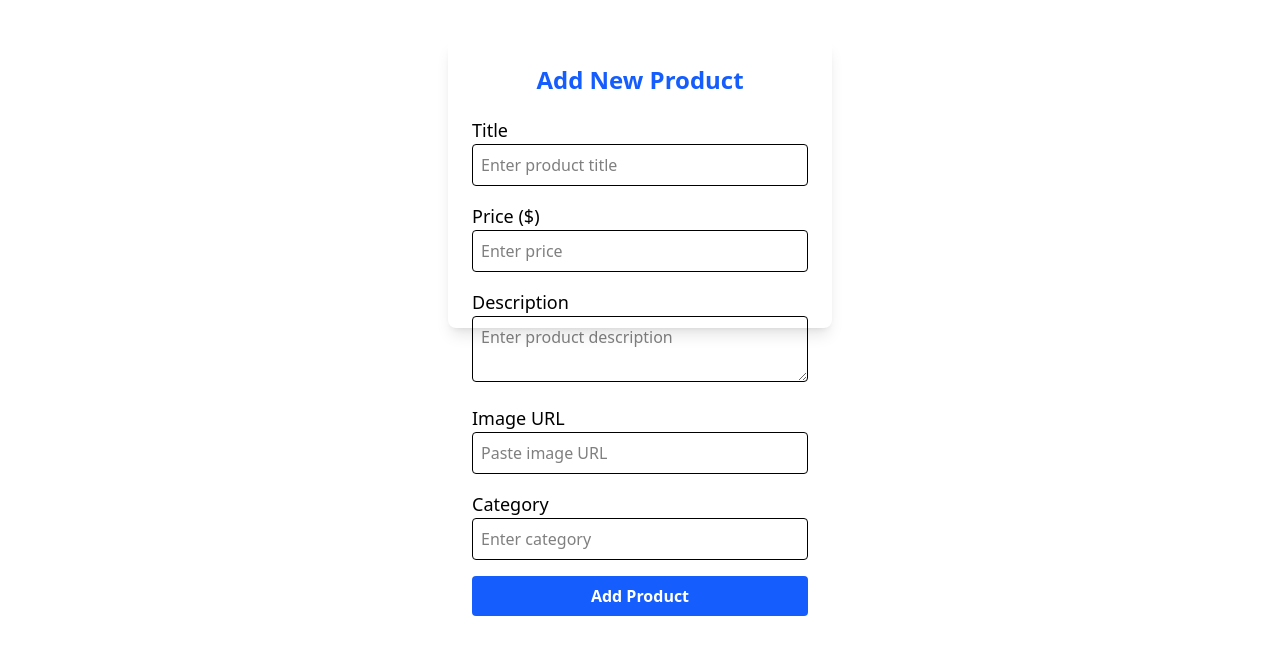
Repository: Habeebur1493/React-App
Page: /add-products
The author's editor kept a copy of each file at every save. The page is drawn from the files as they stood at one save, then again after the next save.
The browser window is 1280 px wide. The pictures show the whole page.
The page's requests for data from a server got no answer. The project was rebuilt for these pictures with package versions that can differ from the ones it lists, and the page was loaded fresh each time. No one was signed in, and anything a server would have sent is missing. Also part of the build but not shown: vite.config.js, src/Components/Login.jsx, src/Components/Nav.jsx, src/Components/Loading.jsx, src/Components/Home.jsx, src/Components/Details.jsx, src/Components/About.jsx, src/Components/Services.jsx and 2 more.

Above is the page before, as saved 2025-02-01 15:20:11.

### index.html
<!doctype html>
<html lang="en">
  <head>
    <meta charset="UTF-8" />
    <meta name="viewport" content="width=device-width, initial-scale=1.0" />
    <title>Project</title>
  </head>
  <body>
    <div id="root"></div>
    <script type="module" src="/src/main.jsx"></script>
  </body>
</html>

### src/main.jsx
import React from "react";
import { createRoot } from "react-dom/client";
import App from "./App.jsx";
import { BrowserRouter } from "react-router-dom";
import Context from "./Components/utils/Context.jsx";
import { ToastContainer } from "react-toastify";

createRoot(document.getElementById("root")).render(
  <Context>
    <BrowserRouter>
      <App />
      <ToastContainer />
    </BrowserRouter>
    </Context>

);

### src/App.jsx
import React, { useState } from "react";
import "./App.css";
import { Route, Routes } from "react-router-dom";
import Login from "./Components/Login.jsx";
import Home from "./Components/Home.jsx";
import Details from "./Components/Details.jsx";
import About from "./Components/About.jsx";
import Services from "./Components/Services.jsx";
import Contact from "./Components/Contact.jsx";
import Addproducts from "./Components/Addproducts.jsx";
import ShowProducts from "./Components/ShowProducts.jsx";

const App = () => {
  const [selectedProduct, setSelectedProduct] = useState(null);

  return (
    <div className='h-screen w-screen flex'>
      <Routes>
        <Route path='/' element={<Login />} />
        <Route path='/Home' element={<Home />} />
        <Route path='/add-products' element={<Addproducts />} />
        <Route path='/details/:id' element={<Details />} />
        <Route path='/About' element={<About />} />
        <Route path='/Services' element={<Services />} />
        <Route path='/Contact' element={<Contact />} />
        <Route
          path='/show-products'
          element={
            <ShowProducts
              setSelectedProduct={setSelectedProduct}
              selectedProduct={selectedProduct}
            />
          }
        />
      </Routes>
    </div>
  );
};

export default App;

### src/Components/utils/Context.jsx
import React, { createContext, useEffect, useState } from "react";
import axios from "axios";

export const ProductContext = createContext();

const Context = ({children}) => {
  const [products, setproducts] = useState([]);

  const getproducts = async () => {
    try {
      const { data } = await axios.get("https://fakestoreapi.com/products");
      setproducts(data);
    } catch (error) {
      console.log( "Error Fetching products"  ,error);
    }
  };

  useEffect(() => {
    getproducts();
  }, []);

  return (
    <ProductContext.Provider value={{products, setproducts}}>
      {children}
    </ProductContext.Provider>
  );
};

export default Context;

### src/Components/Addproducts.jsx
import React, { useState, useEffect } from "react";
import { useNavigate } from "react-router-dom";
import { toast } from "react-toastify";

const AddProduct = ({ selectedProduct, setSelectedProduct }) => {
  const [formData, setFormData] = useState({
    title: "",
    price: "",
    description: "",
    image: "",
    category: "",
  });

  const navigate = useNavigate();

  // ✅ Agar koi product update ho raha ho toh uski details form me load ho
  useEffect(() => {
    if (selectedProduct) {
      setFormData(selectedProduct);
    }
  }, [selectedProduct]);

  const handleChange = (e) => {
    setFormData({ ...formData, [e.target.name]: e.target.value });
  };

  const handleSubmit = (e) => {
    e.preventDefault();
    let products = JSON.parse(localStorage.getItem("products")) || [];

    if (selectedProduct) {
      // ✅ Update existing product
      products = products.map((p) =>
        p.title === selectedProduct.title ? formData : p
      );
    } else {
      // ✅ Add new product
      products.push(formData);
    }

    localStorage.setItem("products", JSON.stringify(products));
    setFormData({
      title: "",
      price: "",
      description: "",
      image: "",
      category: "",
    });
    toast.success("Product added successfully!");
    navigate("/show-products");
    setSelectedProduct(null);
  };

  return (
    <div className='w-[30%] h-[40%] mx-auto bg-white p-6 rounded-lg shadow-lg mt-10'>
      <h2 className='text-2xl font-bold mb-5 text-center text-blue-600'>
        {selectedProduct ? "Update Product" : "Add New Product"}
      </h2>

      <form onSubmit={handleSubmit} className='space-y-4'>
        <div>
          <label className='block text-lg font-medium'>Title</label>
          <input
            type='text'
            name='title'
            value={formData.title}
            onChange={handleChange}
            required
            placeholder='Enter product title'
            className='w-full p-2 border rounded focus:ring-2 focus:ring-blue-500'
          />
        </div>

        <div>
          <label className='block text-lg font-medium'>Price ($)</label>
          <input
            type='number'
            name='price'
            value={formData.price}
            onChange={handleChange}
            required
            placeholder='Enter price'
            className='w-full p-2 border rounded focus:ring-2 focus:ring-blue-500'
          />
        </div>

        <div>
          <label className='block text-lg font-medium'>Description</label>
          <textarea
            name='description'
            value={formData.description}
            onChange={handleChange}
            required
            placeholder='Enter product description'
            className='w-full p-2 border rounded focus:ring-2 focus:ring-blue-500'
          />
        </div>

        <div>
          <label className='block text-lg font-medium'>Image URL</label>
          <input
            type='url'
            name='image'
            value={formData.image}
            onChange={handleChange}
            required
            placeholder='Paste image URL'
            className='w-full p-2 border rounded focus:ring-2 focus:ring-blue-500'
          />
        </div>

        <div>
          <label className='block text-lg font-medium'>Category</label>
          <input
            type='text'
            name='category'
            value={formData.category}
            onChange={handleChange}
            required
            placeholder='Enter category'
            className='w-full p-2 border rounded focus:ring-2 focus:ring-blue-500'
          />
        </div>

        <button
          type='submit'
          className='w-full bg-blue-600 hover:bg-blue-700 text-white font-bold py-2 rounded transition'
        >
          {selectedProduct ? "Update Product" : "Add Product"}
        </button>
      </form>
    </div>
  );
};

export default AddProduct;

Loaded but not shown: src/App.css (common file)

After the next save:
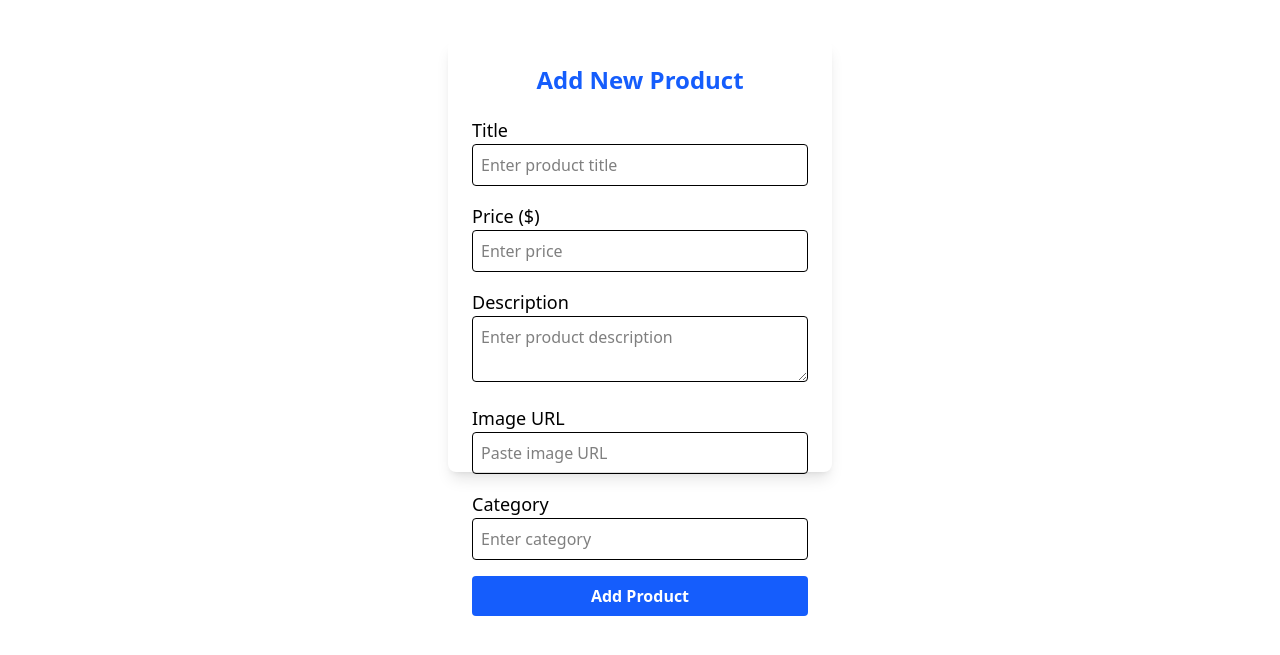
Saved 4 s later.
--- a/src/Components/Addproducts.jsx
+++ b/src/Components/Addproducts.jsx
@@ -52,7 +52,7 @@ const AddProduct = ({ selectedProduct, setSelectedProduct }) => {
   };
 
   return (
-    <div className='w-[30%] h-[40%] mx-auto bg-white p-6 rounded-lg shadow-lg mt-10'>
+    <div className='w-[30%] h-[60%] mx-auto bg-white p-6 rounded-lg shadow-lg mt-10'>
       <h2 className='text-2xl font-bold mb-5 text-center text-blue-600'>
         {selectedProduct ? "Update Product" : "Add New Product"}
       </h2>
